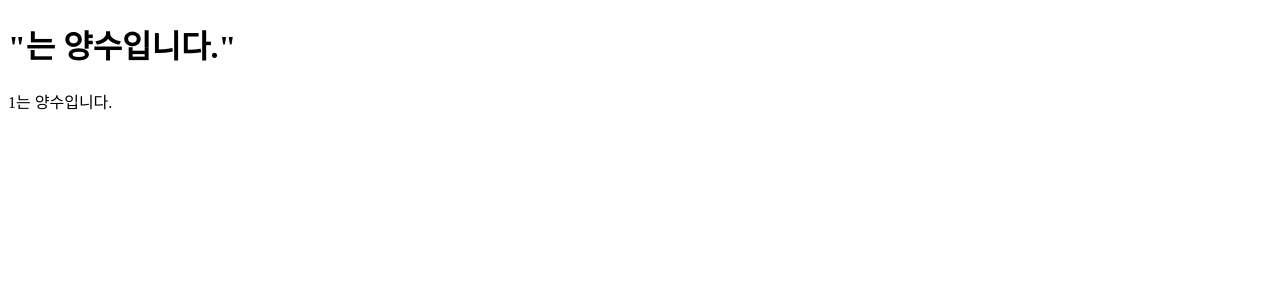
Repository: to-flatwhite1/JSP
Page: http://localhost/JSP07/
An editor plug-in stored every save of this project. The page is shown before and after the next save, followed by the edit.
The browser window is 1280 px wide. The pictures show the whole page.
The page is served by Tomcat 9.

Above is the page before, as saved 2024-05-16 00:21:21.

After the next save:
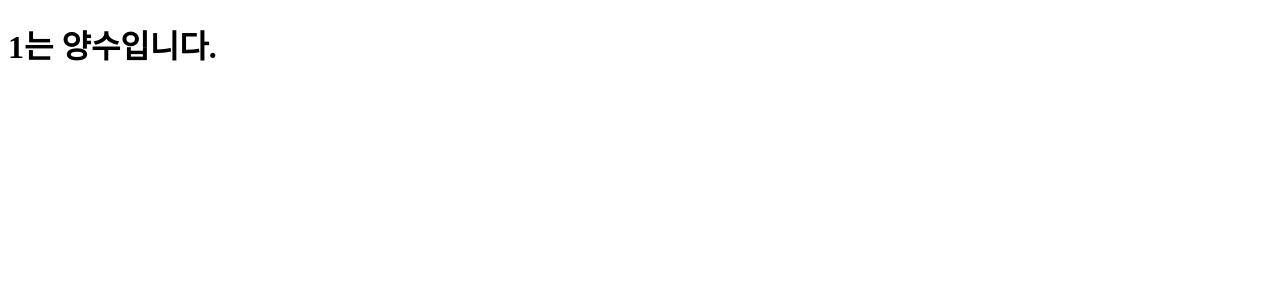
Saved 113 s later.
--- a/JSP07/src/main/webapp/index.jsp
+++ b/JSP07/src/main/webapp/index.jsp
@@ -7,12 +7,12 @@
 		<title>자바 일반 문법의 이용</title>
 	</head>
 	<body>
-		<h1>"는 양수입니다."</h1>
-		<%
+
+		<h1><%
 			int number=1;
 			if(number>0){
 				out.print(number+"는 양수입니다.");
 			}
-		%>
+		%></h1>
 	</body>
 </html>
